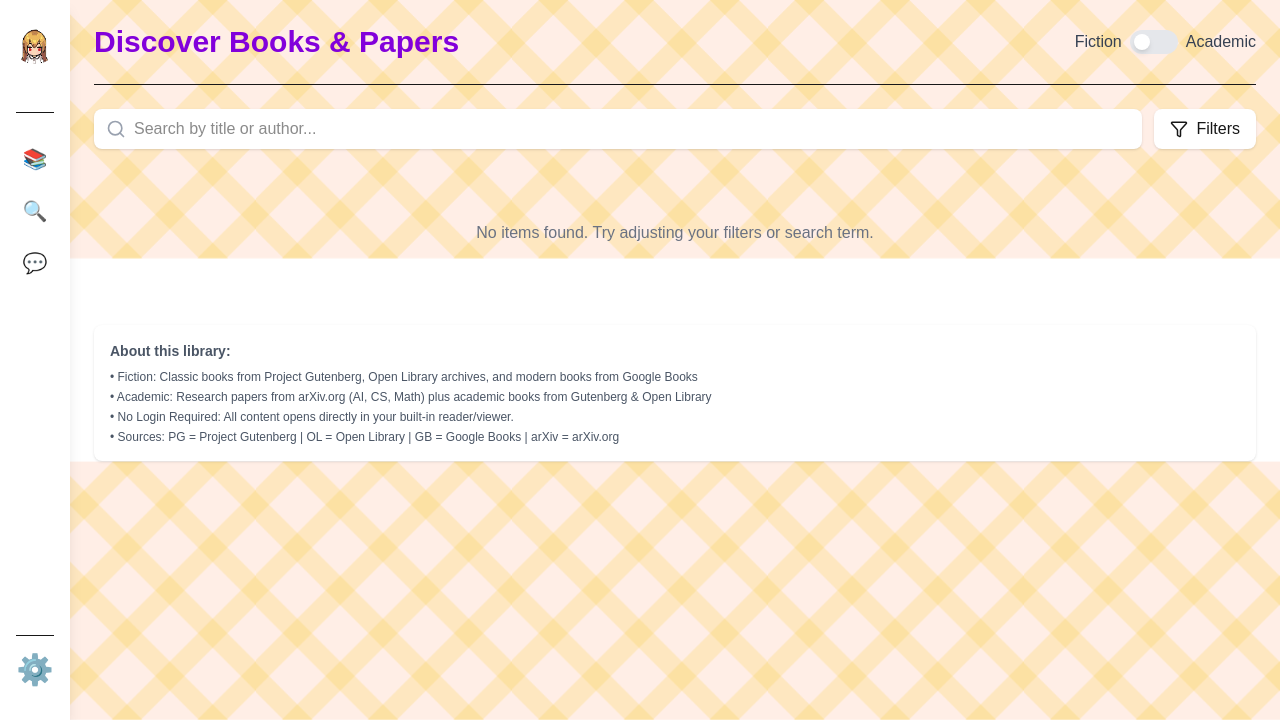
Repository: ramosfranz/bookie
Page: /discover
The author's editor kept a copy of each file at every save. The page is drawn from the files as they stood at one save, then again after the next save.
The browser window is 1280 px wide. The pictures show the whole page.
The page's requests for data from a server got no answer. Some web fonts or font styles are not loaded; a fallback is used. The project was rebuilt for these pictures with package versions that can differ from the ones it lists, and the page was loaded fresh each time. The framework's server and built-in components were replaced by stand-ins that run in the browser. No one was signed in, and anything a server would have sent is missing. Also part of the build but not shown: next.config.ts.

Above is the page before, as saved 2025-12-06 07:49:30.

### src/app/layout.tsx
import type { Metadata } from "next";
import "./globals.css";
import Head from "next/head";

export const metadata: Metadata = {
  title: "Bookie",
  description: "Bookie",
};

export default function RootLayout({
  children,
}: Readonly<{ children: React.ReactNode }>) {
  return (
    <html lang="en">
      <Head>
        <link rel="preconnect" href="https://fonts.googleapis.com" />
        <link rel="preconnect" href="https://fonts.gstatic.com" crossOrigin="anonymous" />
        <link href="https://fonts.googleapis.com/css2?family=Jersey+25&display=swap" rel="stylesheet" />

      </Head>
      <body className="font-jersey antialiased">{children}</body>
    </html>
  );
}

### src/app/discover/page.tsx
"use client";

import { useState, useMemo, useEffect } from "react";
import { BookOpen, Search, X, Filter, FileText, Plus } from "lucide-react";
import Sidebar from "../components/Sidebar";
import { addBookToLibrary, isBookInLibrary } from "@/lib/supabase/library";
import { supabase } from "@/lib/supabase/client";
import '../styles/background.css';

// --- TYPESCRIPT DECLARATIONS FOR GOOGLE BOOKS API ---
declare global {
  interface Window {
    google?: {
      books: {
        load: () => void;
        setOnLoadCallback: (callback: () => void) => void;
        DefaultViewer: new (element: HTMLElement) => {
          load: (identifier: string) => void;
        };
      };
    };
  }
}

interface Book {
  id: string;
  title: string;
  author?: string;
  cover?: string;
  year?: number;
  type: "leisure" | "research";
  subjects?: string[];
  formats?: { [key: string]: string };
  source: "gutendex" | "openlibrary" | "googlebooks" | "arxiv";
  googleBooksId?: string;
  pdfUrl?: string;
  abstract?: string;
}

const FICTION_GENRES = [
  "All",
  "Adventure",
  "Romance",
  "Mystery",
  "Science Fiction",
  "Fantasy",
  "Horror",
  "Historical Fiction",
  "Thriller",
  "Classic Literature"
];

const ACADEMIC_SUBJECTS = [
  "All",
  "Computer Science",
  "Mathematics",
  "Physics",
  "Engineering",
  "Biology",
  "Chemistry",
  "Psychology",
  "Philosophy",
  "History"
];

export default function DiscoverPage() {
  const dummyUser = { id: "0001", email: "test@example.com", username: "TestUser" };
  const [user] = useState(dummyUser);

  const [activeTab, setActiveTab] = useState<"dashboard" | "discover" | "chat">("discover");
  const [libraryTab, setLibraryTab] = useState<"leisure" | "research">("leisure");

  const [searchQuery, setSearchQuery] = useState("");
  const [books, setBooks] = useState<Book[]>([]);
  const [loading, setLoading] = useState(false);

  const [selectedGenre, setSelectedGenre] = useState<string>("All");
  const [showFilters, setShowFilters] = useState(false);

  const [viewerUrl, setViewerUrl] = useState<string | null>(null);
  const [viewerTitle, setViewerTitle] = useState<string>("");
  const [viewerType, setViewerType] = useState<"iframe" | "google">("iframe");

  const itemsPerPage = 18;
  const [currentPage, setCurrentPage] = useState(1);

  // --- API FETCH LOGIC ---
  useEffect(() => {
    setLoading(true);
    setCurrentPage(1);
    setBooks([]);

    const fetchPromises: Promise<Book[]>[] = [];

    if (libraryTab === "leisure") {
      // Gutendex
      fetchPromises.push(
        fetch(`https://gutendex.com/books?topic=fiction&languages=en`)
          .then((res) => res.json())
          .then((data) => (data.results || []).slice(0, 100).map((book: any) => ({
            id: `gutendex-${book.id}`,
            title: book.title,
            author: book.authors?.[0]?.name,
            cover: book.formats?.["image/jpeg"]?.replace('http:', 'https:'),
            year: book.authors?.[0]?.birth_year,
            type: "leisure" as const,
            subjects: book.subjects || [],
            formats: book.formats,
            source: "gutendex" as const,
          })))
          .catch(() => [])
      );

      // Open Library
      fetchPromises.push(
        fetch(`https://openlibrary.org/search.json?q=subject:fiction&has_fulltext=true&limit=100`)
          .then((res) => res.json())
          .then((data) => (data.docs || []).map((doc: any) => ({
            id: `openlibrary-${doc.key}`,
            title: doc.title,
            author: doc.author_name?.[0],
            cover: doc.cover_i ? `https://covers.openlibrary.org/b/id/${doc.cover_i}-M.jpg` : undefined,
            year: doc.first_publish_year,
            type: "leisure" as const,
            subjects: doc.subject || [],
            formats: { ia: doc.ia?.[0] },
            source: "openlibrary" as const,
          })).filter((book: Book) => book.formats?.ia))
          .catch(() => [])
      );

      // Google Books
      fetchPromises.push(
        fetch(`https://www.googleapis.com/books/v1/volumes?q=fiction&maxResults=40&langRestrict=en&printType=books&filter=partial`)
          .then((res) => res.json())
          .then((data) => (data.items || []).map((item: any) => ({
            id: `googlebooks-${item.id}`,
            title: item.volumeInfo.title,
            author: item.volumeInfo.authors?.[0],
            cover: item.volumeInfo.imageLinks?.thumbnail?.replace('http:', 'https:'),
            year: parseInt(item.volumeInfo.publishedDate?.split("-")[0]) || undefined,
            type: "leisure" as const,
            subjects: item.volumeInfo.categories || [],
            formats: {},
            source: "googlebooks" as const,
            googleBooksId: item.id,
          })).filter((book: Book) => book.googleBooksId))
          .catch((err) => { console.error("Google Books error:", err); return []; })
      );
    } else {
      // Research/Academic sources
      const topics = ["computer", "mathematics", "physics", "science"];
      topics.forEach(topic => {
        fetchPromises.push(
          fetch(`https://gutendex.com/books?topic=${topic}&languages=en`)
            .then((res) => res.json())
            .then((data) => (data.results || []).slice(0, 25).map((book: any) => ({
              id: `gutendex-${book.id}`,
              title: book.title,
              author: book.authors?.[0]?.name,
              cover: book.formats?.["image/jpeg"]?.replace('http:', 'https:'),
              year: book.authors?.[0]?.birth_year,
              type: "research" as const,
              subjects: book.subjects || [],
              formats: book.formats,
              source: "gutendex" as const,
            })))
            .catch(() => [])
        );
      });

      fetchPromises.push(
        fetch(`https://openlibrary.org/search.json?q=subject:(computer+science+OR+mathematics+OR+physics+OR+engineering)&has_fulltext=true&limit=50`)
          .then((res) => res.json())
          .then((data) => (data.docs || []).map((doc: any) => ({
            id: `openlibrary-${doc.key}`,
            title: doc.title,
            author: doc.author_name?.[0],
            cover: doc.cover_i ? `https://covers.openlibrary.org/b/id/${doc.cover_i}-M.jpg` : undefined,
            year: doc.first_publish_year,
            type: "research" as const,
            subjects: doc.subject || [],
            formats: { ia: doc.ia?.[0] },
            source: "openlibrary" as const,
          })).filter((book: Book) => book.formats?.ia))
          .catch(() => [])
      );

      fetchPromises.push(
        fetch(`https://export.arxiv.org/api/query?search_query=cat:cs.*+OR+cat:math.*+OR+cat:astro-ph.*&start=0&max_results=100&sortBy=submittedDate&sortOrder=descending`)
          .then((res) => res.text())
          .then((xmlText) => {
            const parser = new DOMParser();
            const xml = parser.parseFromString(xmlText, "text/xml");
            const entries = xml.querySelectorAll("entry");

            return Array.from(entries).map((entry) => {
              const id = entry.querySelector("id")?.textContent || "";
              const arxivId = id.split("arxiv.org/abs/")[1] || "";
              const title = entry.querySelector("title")?.textContent?.trim().replace(/\s+/g, ' ') || "";
              const authors = Array.from(entry.querySelectorAll("author name")).map((name) => name.textContent);
              const published = entry.querySelector("published")?.textContent || "";
              const year = new Date(published).getFullYear();
              const summary = entry.querySelector("summary")?.textContent?.trim().replace(/\s+/g, ' ') || "";
              const pdfLink = `https://arxiv.org/pdf/${arxivId}.pdf`;
              const categories = Array.from(entry.querySelectorAll("category")).map((cat) => cat.getAttribute("term") || "");

              return {
                id: `arxiv-${arxivId}`,
                title,
                author: authors[0] || "Unknown",
                cover: undefined,
                year,
                type: "research" as const,
                subjects: categories,
                formats: {},
                source: "arxiv" as const,
                pdfUrl: pdfLink,
                abstract: summary.substring(0, 200) + "...",
              };
            }).filter(paper => paper.title && paper.id);
          })
          .catch((err) => { console.error("arXiv error:", err); return []; })
      );
    }

    Promise.all(fetchPromises)
      .then((results) => {
        const allBooks = results.flat();
        const uniqueBooks = allBooks.filter((book, index, self) =>
          index === self.findIndex((b) => b.title.toLowerCase() === book.title.toLowerCase())
        );
        setBooks(uniqueBooks);
      })
      .finally(() => setLoading(false));
  }, [libraryTab]);

  // --- FILTERING AND PAGINATION ---
  const filteredBooks = useMemo(() => {
    return books.filter((book) => {
      const matchesSearch = book.title.toLowerCase().includes(searchQuery.toLowerCase()) ||
                            book.author?.toLowerCase().includes(searchQuery.toLowerCase());
      const matchesGenre = selectedGenre === "All" ||
                           book.subjects?.some((subject) => subject.toLowerCase().includes(selectedGenre.toLowerCase()));
      return matchesSearch && matchesGenre;
    });
  }, [books, searchQuery, selectedGenre]);

  const paginatedBooks = useMemo(() => {
    const start = (currentPage - 1) * itemsPerPage;
    return filteredBooks.slice(start, start + itemsPerPage);
  }, [filteredBooks, currentPage]);

  const totalPages = Math.ceil(filteredBooks.length / itemsPerPage);

  // --- GOOGLE BOOKS VIEWER SCRIPT ---
  useEffect(() => {
    const script = document.createElement('script');
    script.src = 'https://www.google.com/books/jsapi.js';
    script.async = true;
    document.body.appendChild(script);

    return () => { document.body.removeChild(script); };
  }, []);

  useEffect(() => {
    if (viewerType === "google" && viewerUrl) {
      const initializeGoogleViewer = () => {
        if (window.google?.books) {
          window.google.books.load();
          const loadViewer = () => {
            const viewerDiv = document.getElementById('google-viewer-canvas');
            if (viewerDiv) {
              const viewer = new window.google.books.DefaultViewer(viewerDiv);
              viewer.load(viewerUrl);
            }
          };
          window.google.books.setOnLoadCallback(loadViewer);
        }
      };
      const timeoutId = setTimeout(initializeGoogleViewer, 50);
      return () => clearTimeout(timeoutId);
    }
  }, [viewerType, viewerUrl]);

  // --- BOOK READER HANDLER ---
  const openBookReader = (book: Book) => {
    setViewerTitle(book.title);
    setViewerUrl(null);
    if (book.source === "gutendex") {
      const htmlUrl = book.formats?.["text/html"];
      const epubUrl = book.formats?.["application/epub+zip"];
      if (htmlUrl) { setViewerUrl(htmlUrl); setViewerType("iframe"); }
      else if (epubUrl) { setViewerUrl(`https://futurepress.github.io/epubjs-reader/?bookPath=${encodeURIComponent(epubUrl)}`); setViewerType("iframe"); }
    } else if (book.source === "openlibrary") {
      const iaId = book.formats?.ia;
      if (iaId) { setViewerUrl(`https://archive.org/embed/${iaId}`); setViewerType("iframe"); }
    } else if (book.source === "googlebooks") {
      if (book.googleBooksId) { setViewerUrl(book.googleBooksId); setViewerType("google"); }
    } else if (book.source === "arxiv") {
      if (book.pdfUrl) { setViewerUrl(book.pdfUrl); setViewerType("iframe"); }
    }
  };

const addToLibrary = async (book: Book) => {
  const {
    data: { user },
  } = await supabase.auth.getUser();

  if (!user) {
    alert("Please log in first.");
    return;
  }

  // Check if book already exists in library
  const already = await isBookInLibrary(user.id, book.id);
  if (already) {
    alert("This book is already in your library.");
    return;
  }

  // Add book to library
  const added = await addBookToLibrary(user.id, book);

  if (added) {
    alert("Book added to library!");
  }
};


  const getSourceBadge = (source: string) => {
    const badges = {
      gutendex: { label: "PG", color: "bg-green-500" },
      openlibrary: { label: "OL", color: "bg-blue-500" },
      googlebooks: { label: "GB", color: "bg-red-500" },
      arxiv: { label: "arXiv", color: "bg-orange-500" },
    };
    return badges[source as keyof typeof badges] || { label: "??", color: "bg-gray-500" };
  };

  const currentFilters = libraryTab === "leisure" ? FICTION_GENRES : ACADEMIC_SUBJECTS;

  return (
    <div className="min-h-screen flex bookieBgVar1">
      <Sidebar activeTab={activeTab}/>

      <main className="flex-1 p-6">
        {/* Header */}
        <div className="flex items-center justify-between mb-6">
          <div>
            <h1 className="text-3xl font-bold text-purple-700">Discover Books & Papers</h1>
          </div>
          <div className="flex items-center gap-2">
            <span className="text-gray-700">Fiction</span>
            <label className="relative inline-flex items-center cursor-pointer">
              <input type="checkbox" className="sr-only peer" checked={libraryTab === "research"} onChange={() => { setLibraryTab(libraryTab === "research" ? "leisure" : "research"); setSelectedGenre("All"); }} />
              <div className="w-12 h-6 bg-gray-200 peer-focus:outline-none rounded-full peer peer-checked:bg-purple-600 transition-all"></div>
              <div className={`absolute left-1 top-1 w-4 h-4 bg-white rounded-full shadow-md transition-transform ${libraryTab === "research" ? "translate-x-6" : ""}`}></div>
            </label>
            <span className="text-gray-700">Academic</span>
          </div>
        </div>

        <hr className="my-6" />

        {/* Search and Filters */}
        <div className="flex flex-col md:flex-row gap-3 mb-6">
          <div className="flex items-center bg-white rounded-lg shadow px-3 py-2 flex-1">
            <Search className="w-5 h-5 text-gray-400 mr-2" />
            <input type="text" placeholder="Search by title or author..." value={searchQuery} onChange={(e) => setSearchQuery(e.target.value)} className="flex-1 outline-none" />
          </div>
          <button onClick={() => setShowFilters(!showFilters)} className="flex items-center gap-2 px-4 py-2 bg-white rounded-lg shadow hover:bg-purple-50 transition">
            <Filter size={18} /> <span>Filters</span>
            {selectedGenre !== "All" && <span className="bg-purple-600 text-white text-xs px-2 py-0.5 rounded-full">1</span>}
          </button>
        </div>

        {showFilters && (
          <div className="bg-white rounded-lg shadow p-4 mb-6">
            <h3 className="font-semibold mb-3">{libraryTab === "leisure" ? "Fiction Genres" : "Academic Subjects"}</h3>
            <div className="grid grid-cols-2 md:grid-cols-5 gap-2">
              {currentFilters.map((filter) => (
                <button key={filter} onClick={() => setSelectedGenre(filter)} className={`px-3 py-2 rounded-lg text-sm transition ${selectedGenre === filter ? "bg-purple-600 text-white" : "bg-gray-100 hover:bg-gray-200"}`}>{filter}</button>
              ))}
            </div>
          </div>
        )}

        {loading ? (
          <div className="flex justify-center items-center h-64">
            <div className="text-purple-600 text-lg">Loading from multiple sources...</div>
          </div>
        ) : (
          <>
            <div className="grid grid-cols-2 md:grid-cols-3 lg:grid-cols-4 xl:grid-cols-6 gap-4">
              {paginatedBooks.map((book) => {
                const badge = getSourceBadge(book.source);
                const isResearchPaper = book.source === "arxiv";

                return (
                  <div key={book.id} className="flex flex-col bg-white p-4 rounded-xl shadow hover:shadow-lg transition">
                    <div className="relative">
                      {book.cover ? (
                        <img src={book.cover} alt={book.title} className="w-full h-40 object-cover rounded mb-2" />
                      ) : (
                        <div className="w-full h-40 bg-gradient-to-br from-purple-100 to-indigo-100 rounded mb-2 flex items-center justify-center">
                          {isResearchPaper ? <FileText size={48} className="text-purple-400" /> : <BookOpen size={48} className="text-purple-400" />}
                        </div>
                      )}
                      <span className={`absolute top-1 right-1 text-xs px-2 py-0.5 rounded text-white ${badge.color}`}>{badge.label}</span>
                    </div>
                    <p className="font-semibold text-sm line-clamp-2 mb-1">{book.title}</p>
                    {book.author && <p className="text-xs text-gray-600 mb-1">by {book.author}</p>}
                    {book.abstract && <p className="text-xs text-gray-500 mb-2 line-clamp-2">{book.abstract}</p>}
                    {book.year && <p className="text-xs text-gray-500 mb-2">{book.year}</p>}

                    {/* Read Now / Read Paper */}
                    <button onClick={() => openBookReader(book)} className="mt-auto px-3 py-1.5 bg-purple-600 text-white text-xs rounded hover:bg-purple-700 flex items-center justify-center gap-1 mb-2">
                      {isResearchPaper ? <FileText size={14} /> : <BookOpen size={14} />}
                      {isResearchPaper ? "Read Paper" : "Read Now"}
                    </button>

                    {/* --- NEW: Add to Library --- */}
                    <button onClick={() => addToLibrary(book)} className="px-3 py-1.5 bg-green-500 text-white text-xs rounded hover:bg-green-600 flex items-center justify-center gap-1">
                      <Plus size={14} /> Add to Library
                    </button>
                  </div>
                );
              })}
            </div>

            {paginatedBooks.length === 0 && !loading && <div className="text-center text-gray-500 py-12">No items found. Try adjusting your filters or search term.</div>}

            {/* Pagination */}
            {totalPages > 1 && (
              <div className="flex justify-center gap-2 mt-8">
                <button onClick={() => setCurrentPage(Math.max(1, currentPage - 1))} disabled={currentPage === 1} className="px-4 py-2 rounded-lg bg-white shadow hover:bg-purple-100 disabled:opacity-50 disabled:cursor-not-allowed">Previous</button>
                {Array.from({ length: Math.min(5, totalPages) }, (_, i) => {
                  let pageNum;
                  if (totalPages <= 5) pageNum = i + 1;
                  else if (currentPage <= 3) pageNum = i + 1;
                  else if (currentPage >= totalPages - 2) pageNum = totalPages - 4 + i;
                  else pageNum = currentPage - 2 + i;
                  if (pageNum < 1) return null;
                  return (
                    <button key={pageNum} onClick={() => setCurrentPage(pageNum)} className={`px-3 py-2 rounded-lg ${currentPage === pageNum ? "bg-purple-600 text-white" : "bg-white shadow hover:bg-purple-100"}`}>{pageNum}</button>
                  );
                })}
                <button onClick={() => setCurrentPage(Math.min(totalPages, currentPage + 1))} disabled={currentPage === totalPages} className="px-4 py-2 rounded-lg bg-white shadow hover:bg-purple-100 disabled:opacity-50 disabled:cursor-not-allowed">Next</button>
              </div>
            )}
          </>
        )}

        <div className="mt-8 p-4 bg-white rounded-lg shadow text-sm text-gray-600">
          <p className="font-semibold mb-2">About this library:</p>
          <ul className="space-y-1 text-xs">
            <li>• Fiction: Classic books from Project Gutenberg, Open Library archives, and modern books from Google Books</li>
            <li>• Academic: Research papers from arXiv.org (AI, CS, Math) plus academic books from Gutenberg & Open Library</li>
            <li>• No Login Required: All content opens directly in your built-in reader/viewer.</li>
            <li>• Sources: PG = Project Gutenberg | OL = Open Library | GB = Google Books | arXiv = arXiv.org</li>
          </ul>
        </div>
      </main>

      {viewerUrl && (
        <div className="fixed inset-0 bg-black/80 flex items-center justify-center z-50 p-4">
          <div className="bg-white w-full h-full max-w-7xl max-h-[95vh] rounded-xl relative shadow-2xl flex flex-col">
            <div className="bg-purple-700 text-white px-4 py-3 rounded-t-xl flex items-center justify-between">
              <h3 className="font-semibold truncate">{viewerTitle}</h3>
              <button className="hover:bg-purple-600 rounded-full p-1 transition flex-shrink-0" onClick={() => { setViewerUrl(null); setViewerTitle(""); setViewerType("iframe"); }}>
                <X size={24} />
              </button>
            </div>

            {viewerType === "iframe" ? (
              <iframe src={viewerUrl} className="w-full flex-1 rounded-b-xl" title="Document Viewer" allowFullScreen />
            ) : (
              <div id="google-viewer-canvas" className="w-full flex-1 rounded-b-xl overflow-hidden" />
            )}
          </div>
        </div>
      )}
    </div>
  );
}

### src/app/globals.css
@import url('https://fonts.googleapis.com/css2?family=Jersey+25&display=swap');
@import "tailwindcss";

:root {
  --background: #ffffff;
  --foreground: #171717;
  --font-jersey: 'Jersey 25', sans-serif;
}

@theme inline {
  --color-background: var(--background);
  --color-foreground: var(--foreground);
}

@media (prefers-color-scheme: dark) {
  :root {
    --background: #0a0a0a;
    --foreground: #ededed;
  }
}

body {
  background: var(--background);
  color: var(--foreground);
  font-family: var(--font-jersey);
}

.pixelated {
  image-rendering: pixelated;       /* Modern browsers */
  image-rendering: crisp-edges;     /* Fallback */
  -ms-interpolation-mode: nearest-neighbor; /* IE fallback */
}

### src/app/styles/background.css
.bookieBackground {
  background-image: url("/image/sparkle.gif"), url("/image/bg_try.gif"), url("/image/bookiebg1.png");
  background-size: auto, auto, 20%;   /* multiple background layers */
  background-repeat: auto, auto, space;
}

.pixelated {
  image-rendering: pixelated;       /* Modern browsers */
  image-rendering: crisp-edges;     /* Fallback */
  -ms-interpolation-mode: nearest-neighbor; /* IE fallback */
}

.bookieBgVar1 {
   background-image: url("/image/bookiebg1.png");
  background-size: 20%;   /* multiple background layers */
  background-repeat: space;
}

Loaded but not shown: src/lib/supabase/client.ts (common file); src/app/components/Sidebar.tsx (99 lines, source omitted); src/lib/supabase/library.ts (127 lines, source omitted)

After the next save:
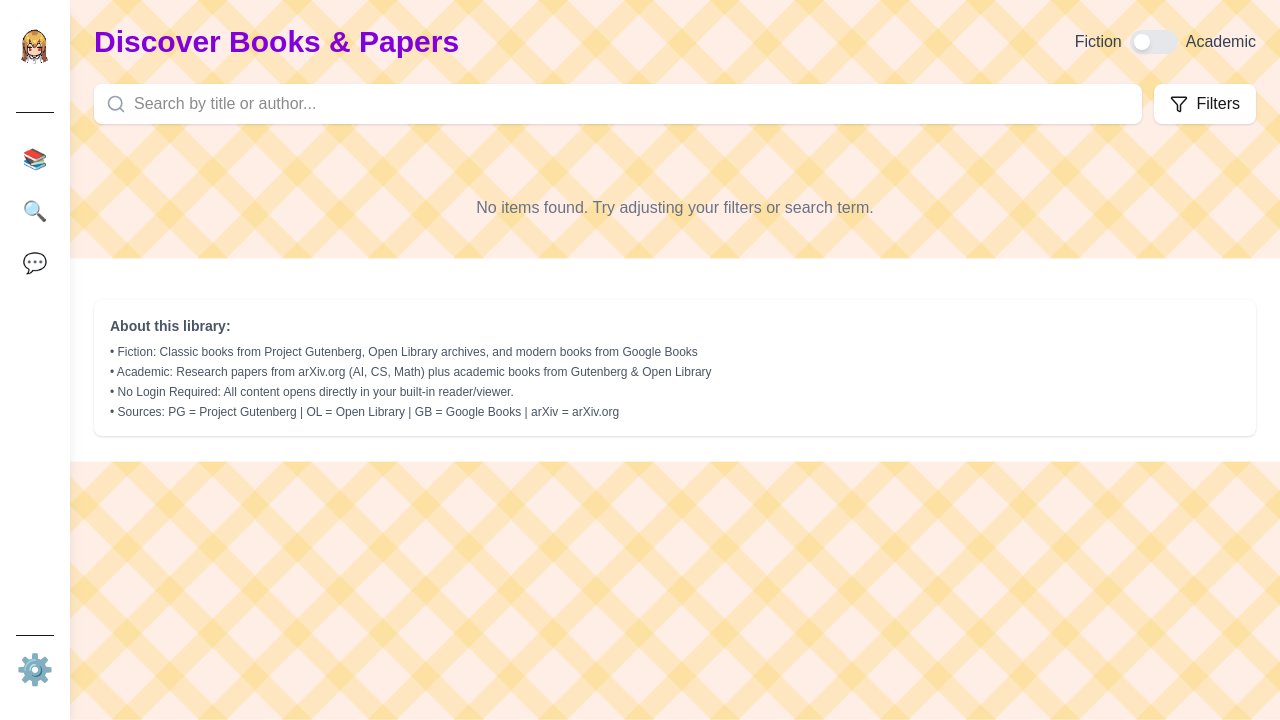
Saved 77 s later.
--- a/src/app/discover/page.tsx
+++ b/src/app/discover/page.tsx
@@ -361,8 +361,6 @@ const addToLibrary = async (book: Book) => {
           </div>
         </div>
 
-        <hr className="my-6" />
-
         {/* Search and Filters */}
         <div className="flex flex-col md:flex-row gap-3 mb-6">
           <div className="flex items-center bg-white rounded-lg shadow px-3 py-2 flex-1">
